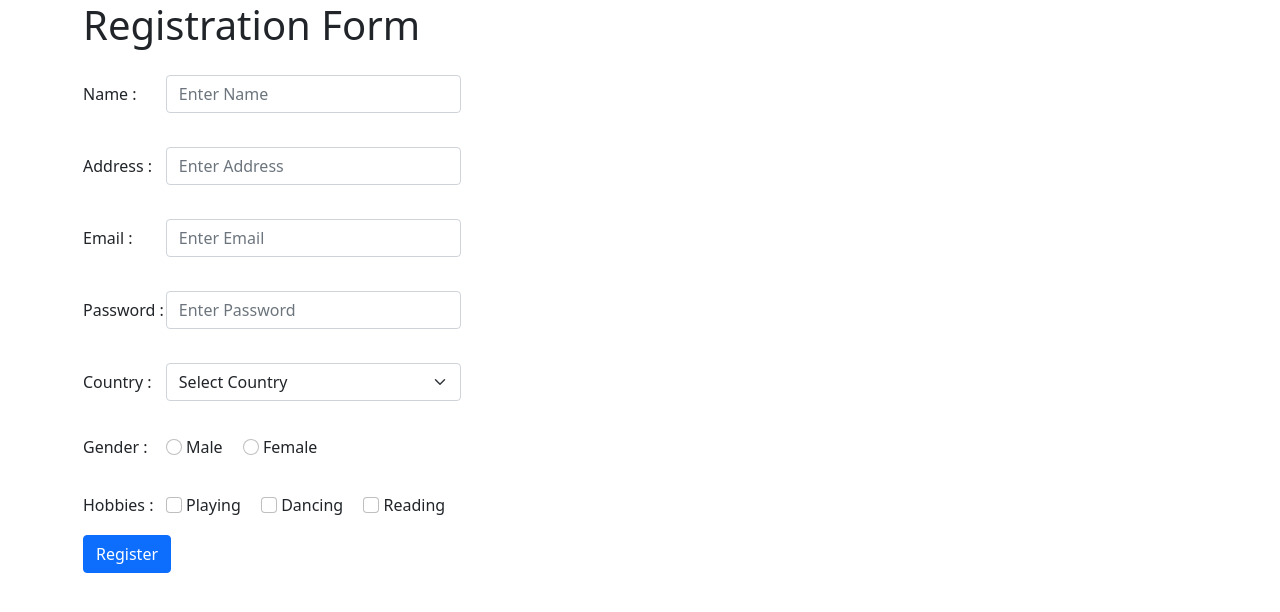
Repository: testuser85495/Java-Practical
Page: http://localhost/First_demo/
These files come from the project's save history. The page is drawn as it stood at one moment and after the next save; the edit follows.
The browser window is 1280 px wide. The pictures show the whole page.
The page is served by Tomcat 9. Other server files are loaded and not shown.

Above is the page before, as saved 2024-07-23 13:47:00.

### First_demo/src/main/webapp/index.jsp
<%@ page language="java" contentType="text/html; charset=UTF-8"
	pageEncoding="UTF-8"%>
<!DOCTYPE html>
<html>
<head>
<!-- Required meta tags -->
<meta charset="utf-8">
<meta name="viewport" content="width=device-width, initial-scale=1">

<!-- Bootstrap CSS -->
<link
	href="https://cdn.jsdelivr.net/npm/bootstrap@5.0.2/dist/css/bootstrap.min.css"
	rel="stylesheet"
	integrity="sha384-EVSTQN3/azprG1Anm3QDgpJLIm9Nao0Yz1ztcQTwFspd3yD65VohhpuuCOmLASjC"
	crossorigin="anonymous">

<title>Edit</title>
</head>


<body>
	<div class="container">
		<%-- <h3 class="scriptlet">
			<%
			String msg = (String) request.getAttribute("msg");
			if (msg != null) {
				out.print(msg);
			}
			%>
		</h3> --%>

		<form action="UserController" method="post">
			<table cellspacing="15" class="tbl_reg">
				<tr>
					<td colspan="2">
						<h1>Registration Form</h1>
					</td>
				</tr>
				<tr>
					<td><label>Name : </label></td>
					<td><input type="text" name="name" placeholder="Enter Name"
						class="form-control my-3" required="required"></td>
				</tr>

				<tr>
					<td><label>Address : </label></td>
					<td><input type="text" name="address"
						placeholder="Enter Address" required="required"
						class="form-control my-3"></td>
				</tr>


				<tr>
					<td><label>Email : </label></td>
					<td><input type="email" name="email" placeholder="Enter Email"
						required="required" class="form-control my-3"></td>
				</tr>
				<tr>
					<td><label>Password : </label></td>
					<td><input type="password" name="password"
						placeholder="Enter Password" required="required"
						class="form-control my-3"></td>
				</tr>

				<tr>
					<td><label>Country : </label></td>
					<td><select name="country" id="Country"
						class="form-select my-3">
							<option selected>Select Country</option>
							<option value="India">India</option>
							<option value="USA">USA</option>
							<option value="Canada">Canada</option>
							<option value="UK">UK</option>
					</select></td>
				</tr>

				<tr>
					<td><label>Gender : </label></td>
					<td><label class="form-check-inline my-3"> <input
							type="radio" name="gender" value="male" class="form-check-input">
							Male
					</label> <label class="form-check-inline"> <input type="radio"
							name="gender" value="female" class="form-check-input">
							Female
					</label></td>
				</tr>


				<tr>
					<td><label>Hobbies : </label></td>
					<td><label class="form-check-inline my-3"> <input
							type="checkbox" name="hobbie" value="playing"
							class="form-check-input"> Playing
					</label> <label class="form-check-inline my-3"> <input type="checkbox"
							name="hobbie" value="Dancing" class="form-check-input">
							Dancing
					</label> <label class="form-check-inline my-3"> <input type="checkbox"
							name="hobbie" value="Reading" class="form-check-input">
							Reading
					</label></td>
				</tr>
				<tr>
					<td colspan="2"><input type="Submit" name="action"
						value="Register" class="btn btn-primary reg_submit"
						id="reg_submit" /></td>
				</tr>
			</table>
			<!-- <h4><a href="home.jsp">List</a></h4> -->
		</form>
	</div>
</body>
</html>

After the next save:
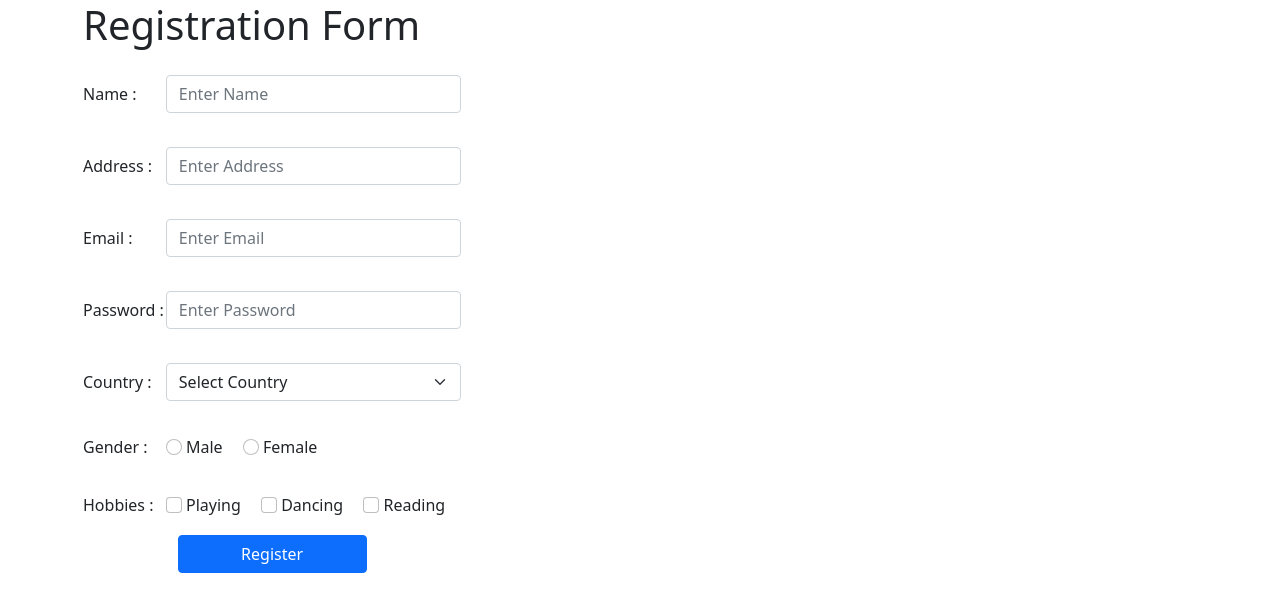
Saved 45 s later.
--- a/First_demo/src/main/webapp/index.jsp
+++ b/First_demo/src/main/webapp/index.jsp
@@ -101,7 +101,7 @@
 				</tr>
 				<tr>
 					<td colspan="2"><input type="Submit" name="action"
-						value="Register" class="btn btn-primary reg_submit"
+						value="Register" class="d-grid gap-2 col-6 mx-auto btn btn-primary reg_submit"
 						id="reg_submit" /></td>
 				</tr>
 			</table>
